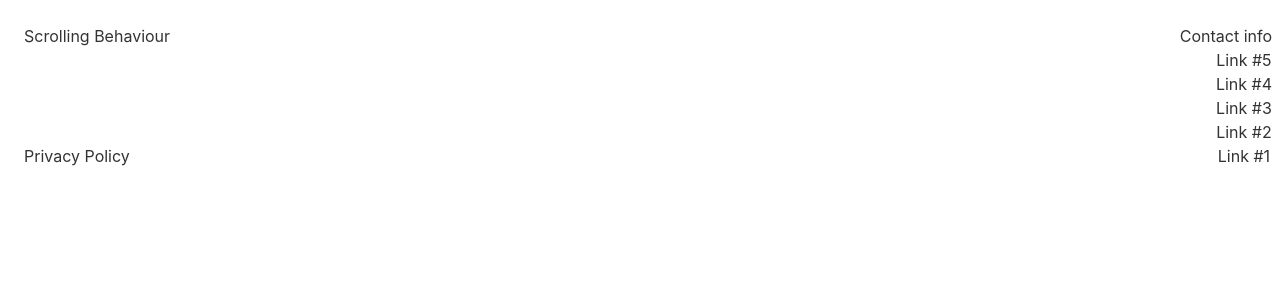
Repository: chelle-c/smooth-scroll-colours
Page: /
These files come from the project's save history. The page is drawn as it stood at one moment and after the next save; the edit follows.
The browser window is 1280 px wide. The pictures show the whole page.
The project was rebuilt for these pictures with package versions that can differ from the ones it lists, and the page was loaded fresh each time.

Above is the page before, as saved 2022-09-19 13:33:58.

After the next save:
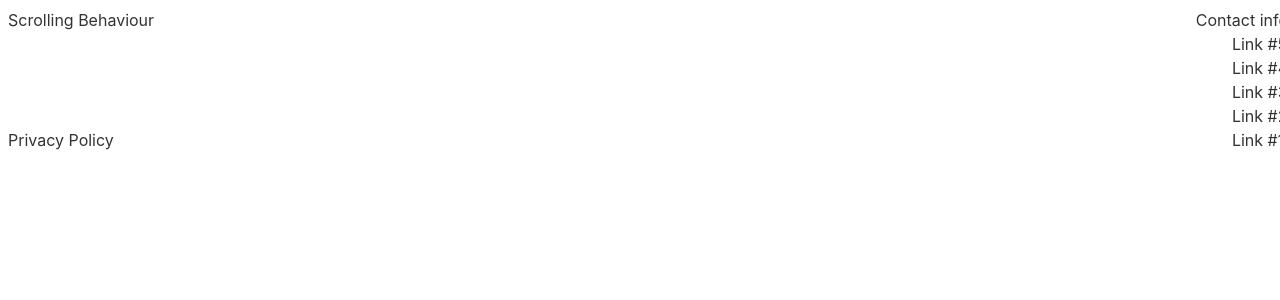
Saved 104 s later.
--- a/src/App.svelte
+++ b/src/App.svelte
@@ -24,23 +24,4 @@
 	@tailwind base;
 	@tailwind components;
 	@tailwind utilities;
-	main {
-		text-align: center;
-		padding: 1em;
-		max-width: 240px;
-		margin: 0 auto;
-	}
-
-	h1 {
-		color: #ff3e00;
-		text-transform: uppercase;
-		font-size: 4em;
-		font-weight: 100;
-	}
-
-	@media (min-width: 640px) {
-		main {
-			max-width: none;
-		}
-	}
 </style>
